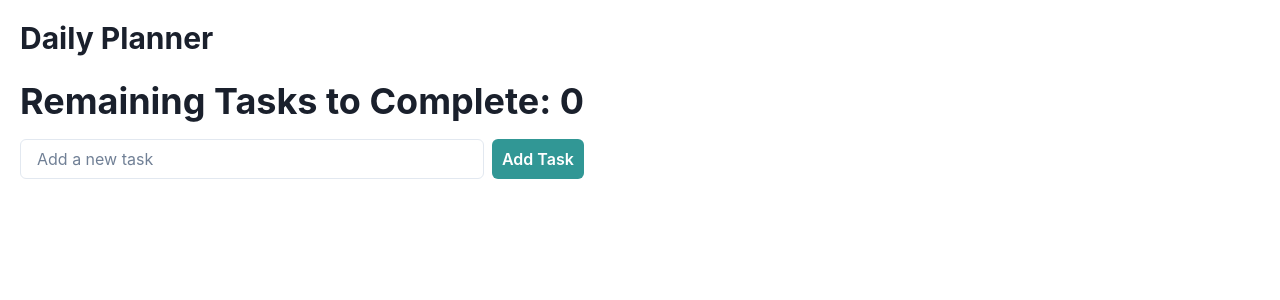
Repository: navnneett/COMP-3170-lab04
Page: /
An editor plug-in stored every save of this project. The page is shown before and after the next save, followed by the edit.
The browser window is 1280 px wide. The pictures show the whole page.
The project was rebuilt for these pictures with package versions that can differ from the ones it lists, and the page was loaded fresh each time. Also part of the build but not shown: vite.config.js, src/components/Task.jsx.

Above is the page before, as saved 2024-10-20 20:16:35.

After the next save:
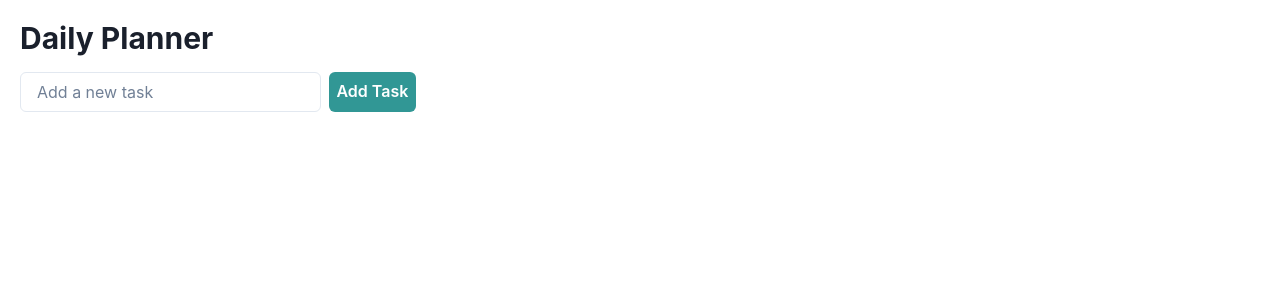
Saved 38 s later.
--- a/src/App.jsx
+++ b/src/App.jsx
@@ -29,8 +29,7 @@ function App() {
   return (
     <ChakraProvider>
       <Box p={5}>
-      <Heading mb={6} size="lg">Daily Planner</Heading>
-        <Heading mb={4}>Remaining Tasks to Complete: {remainingTasks}</Heading>
+      <Heading mb={4} size="lg">Daily Planner</Heading>
         <TaskForm addTask={addTask} />
         <VStack spacing={3} mt={5}>
           {tasks.length > 0 &&
